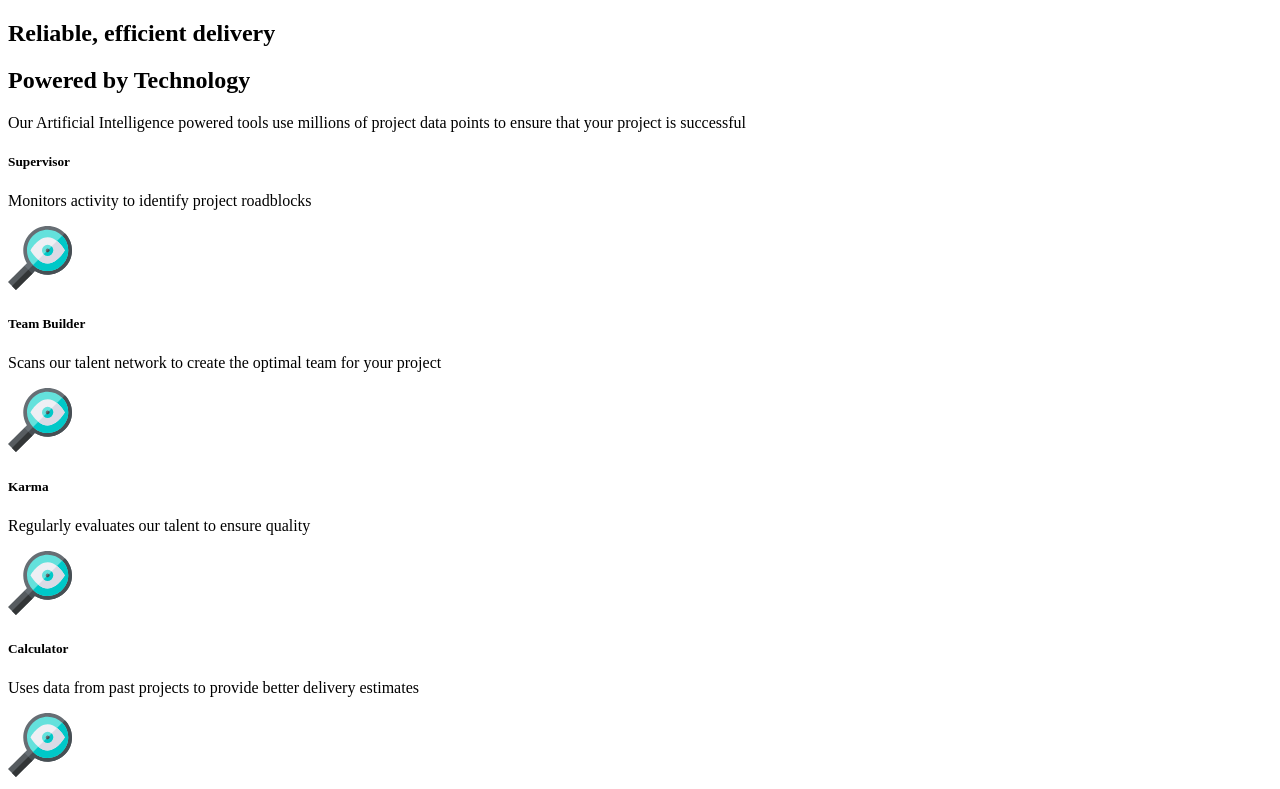
Repository: superZXMzzl/FrontendMentor
Page: four-card-feature-section-master/index.html
An editor plug-in stored every save of this project. The page is shown before and after the next save, followed by the edit.
The browser window is 1280 px wide. The pictures show the whole page.

Above is the page before, as saved 2022-05-10 18:22:47.

### four-card-feature-section-master/index.html
<!DOCTYPE html>
<html lang="en">
<head>
  <meta charset="UTF-8">
  <meta name="viewport" content="width=device-width, initial-scale=1.0"> <!-- displays site properly based on user's device -->

  <link rel="icon" type="image/png" sizes="32x32" href="./images/favicon-32x32.png">

  <title>Frontend Mentor | Four card feature section</title>


</head>
<body>


  <div class="container">
    <div class="textBox">
      <h2 class="text1">Reliable, efficient delivery</h2>
      <h2 class="text2">Powered by Technology</h2>
      <p class="text3">Our Artificial Intelligence powered tools use millions of project data points
        to ensure that your project is successful</p>
    </div>
    <section class="main">
        <div class="box1">
          <div class="boxText">
            <h5>Supervisor</h5>
            <p>Monitors activity to identify project roadblocks</p>
          </div>
          <img src="./images/icon-supervisor.svg" alt="">
        </div>
        <div class="boxContainer">
          <div class="box2">
            <div class="boxText">
              <h5>Team Builder</h5>
              <p>Scans our talent network to create the optimal team for your project</p>
            </div>
            <img src="./images/icon-supervisor.svg" alt="">
          </div>
          <div class="box3">
            <div class="boxText">
              <h5>Karma</h5>
              <p>Regularly evaluates our talent to ensure quality</p>
            </div>
            <img src="./images/icon-supervisor.svg" alt="">
          </div>
        </div>
        <div class="box4">
          <div class="boxText">
            <h5>Calculator</h5>
            <p>Uses data from past projects to provide better delivery estimates</p>
          </div>
          <img src="./images/icon-supervisor.svg" alt="">
        </div>
    </section>
  </div>





















</body>
</html>

After the next save:
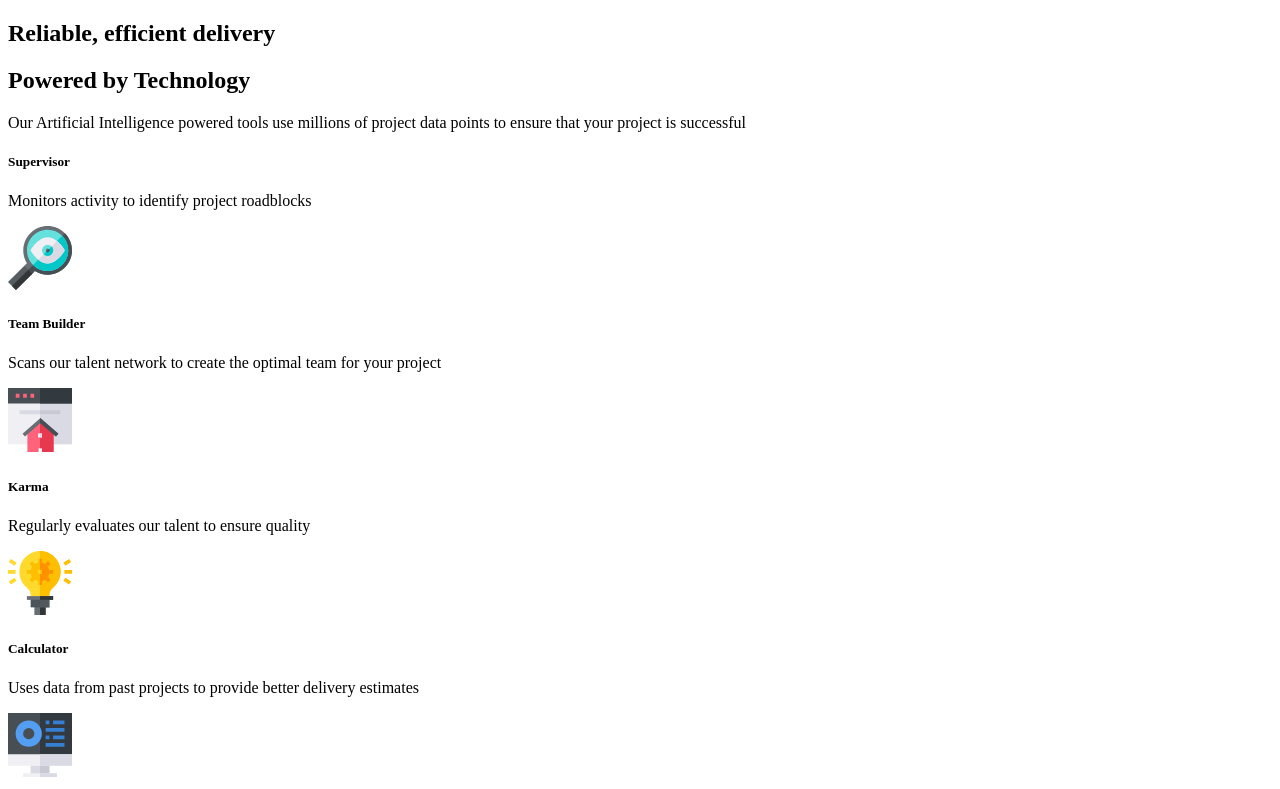
Saved 73 s later.
--- a/four-card-feature-section-master/index.html
+++ b/four-card-feature-section-master/index.html
@@ -34,14 +34,14 @@
               <h5>Team Builder</h5>
               <p>Scans our talent network to create the optimal team for your project</p>
             </div>
-            <img src="./images/icon-supervisor.svg" alt="">
+            <img src="./images/icon-team-builder.svg" alt="">
           </div>
           <div class="box3">
             <div class="boxText">
               <h5>Karma</h5>
               <p>Regularly evaluates our talent to ensure quality</p>
             </div>
-            <img src="./images/icon-supervisor.svg" alt="">
+            <img src="./images/icon-karma.svg" alt="">
           </div>
         </div>
         <div class="box4">
@@ -49,7 +49,7 @@
             <h5>Calculator</h5>
             <p>Uses data from past projects to provide better delivery estimates</p>
           </div>
-          <img src="./images/icon-supervisor.svg" alt="">
+          <img src="./images/icon-calculator.svg" alt="">
         </div>
     </section>
   </div>
